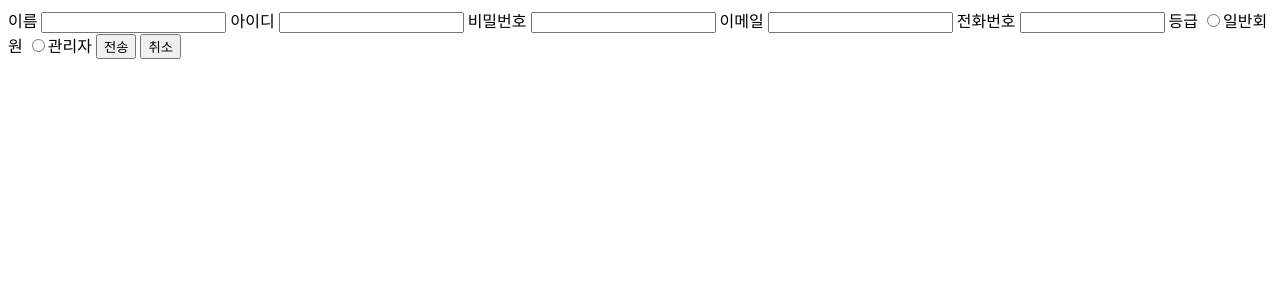
Repository: totesbk/JSP-
Page: http://localhost/web08/ex04_form.jsp
An editor plug-in stored every save of this project. The page is shown before and after the next save, followed by the edit.
The browser window is 1280 px wide. The pictures show the whole page.
The page is served by Tomcat 9.

Above is the page before, as saved 2020-10-13 01:45:30.

After the next save:
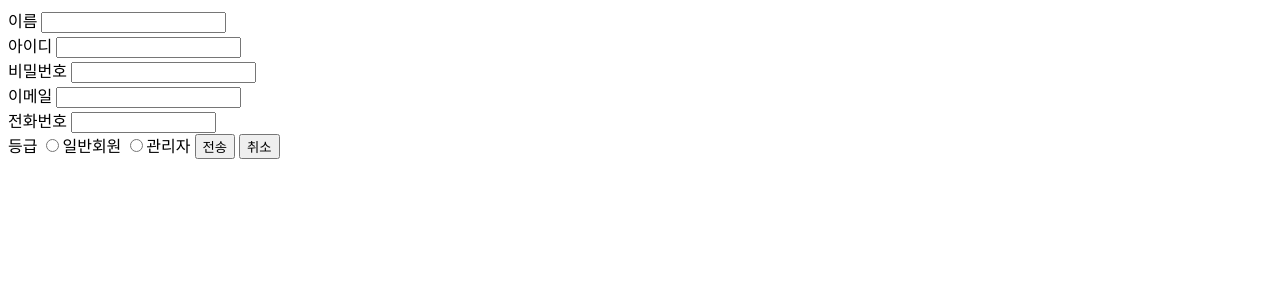
Saved 42 s later.
--- a/web08/WebContent/ex04_form.jsp
+++ b/web08/WebContent/ex04_form.jsp
@@ -10,25 +10,25 @@
    <form action="ex04_insert.jsp" method="post">
    		<tr>
    			<td>이름</td>
-   			<td><input type="text" name="name" size="20"></td>
+   			<td><input type="text" name="name" size="20"></td><br>
    		</tr>
    		<tr>
    			<td>아이디</td>
-   			<td><input type="text" name="userid" size="20"></td>
+   			<td><input type="text" name="userid" size="20"></td><br>
    		</tr>
    		<tr>
    			<td>비밀번호</td>
-   			<td><input type="password" name="userpwd" size="20"></td>
+   			<td><input type="password" name="userpwd" size="20"></td><br>
    		</tr>
 
    		<tr>
    			<td>이메일</td>
-   			<td><input type="text" name="email" size="20"></td>
+   			<td><input type="text" name="email" size="20"></td><br>
    		</tr>
 
    		<tr>
    			<td>전화번호</td>
-   			<td><input type="text" name="phone" size="15"></td>
+   			<td><input type="text" name="phone" size="15"></td> <br>
    		</tr>
 
    		<tr>
